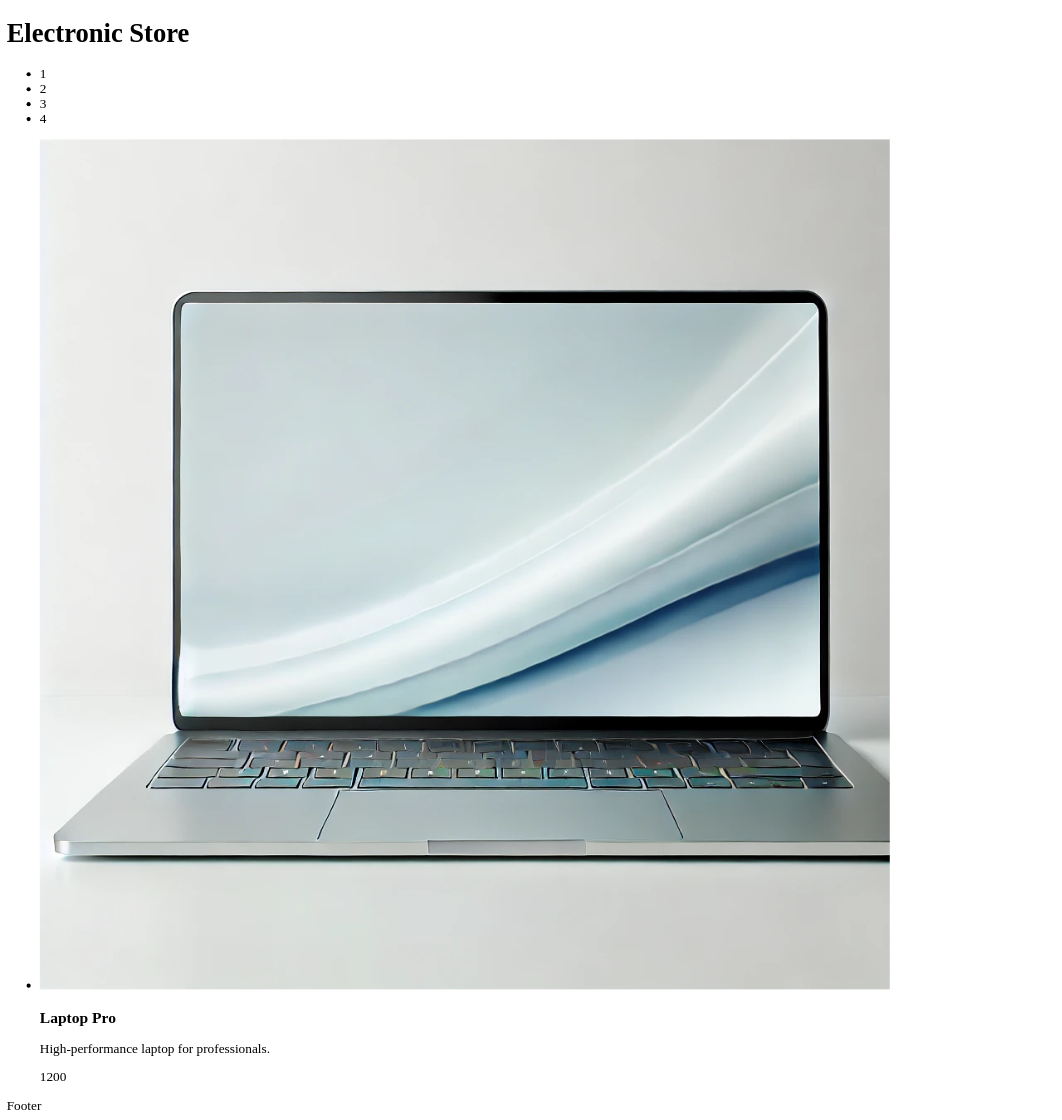
Repository: Lithium87/e-Strore
Page: /
An editor plug-in stored every save of this project. The page is shown before and after the next save, followed by the edit.
The browser window is 1280 px wide. The pictures show the whole page, at 83% of full size.
The project was rebuilt for these pictures with package versions that can differ from the ones it lists, and the page was loaded fresh each time. Also part of the build but not shown: vite.config.js.

Above is the page before, as saved 2025-07-05 15:19:55.

### src/main.jsx
import {StrictMode} from 'react';
import {createRoot} from 'react-dom/client';
import App from './App.jsx';

createRoot (document.getElementById ('root')).render (
  <StrictMode>
    <App />
  </StrictMode>
);

### src/App.jsx
import React from 'react';

const productData = [
  {
    name: 'Laptop Pro',
    description: 'High-performance laptop for professionals.',
    price: 1200,
    photoName: '/laptop.png',
    soldOut: false,
  },
  {
    name: 'Smartphone X',
    description: 'Latest model with stunning display.',
    price: 800,
    photoName: '/smartphone.png',
    soldOut: false,
  },
  {
    name: 'Wireless Headphones',
    description: 'Noise-cancelling headphones with great sound quality.',
    price: 200,
    photoName: '/headphones.png',
    soldOut: false,
  },
  {
    name: 'Smartwatch Z',
    description: 'Stylish smartwatch with fitness tracking features.',
    price: 150,
    photoName: '/smartwatch.png',
    soldOut: false,
  },
  {
    name: 'Gaming Console',
    description: 'Powerful gaming console for endless fun.',
    price: 400,
    photoName: '/console.png',
    soldOut: true,
  },
  {
    name: '4K TV',
    description: 'Ultra HD television with vibrant colors.',
    price: 1000,
    photoName: '/tv.png',
    soldOut: false,
  },
];

const App = () => {
  return (
    <div>
      <Header />
      <Catalog />
      <Footer />
    </div>
  );
};

const Header = () => {
  return (
    <header>
      <h1>Electronic Store</h1>
      <nav>
        <ul>
          <li>1</li>
          <li>2</li>
          <li>3</li>
          <li>4</li>
        </ul>
      </nav>
    </header>
  );
};

const Catalog = () => {
  return (
    <main>
      <ul>
        <Product />
      </ul>
    </main>
  );
};

const Product = () => {
  return (
    <li>
      <img src={productData[0].photoName} alt={productData[0].name} />
      <div>
        <h3>{productData[0].name}</h3>
        <p>{productData[0].description}</p>
        <span>{productData[0].price}</span>
      </div>
    </li>
  );
};

const Footer = () => {
  return <footer>Footer</footer>;
};

export default App;

Loaded but not shown: index.html (common file)

After the next save:
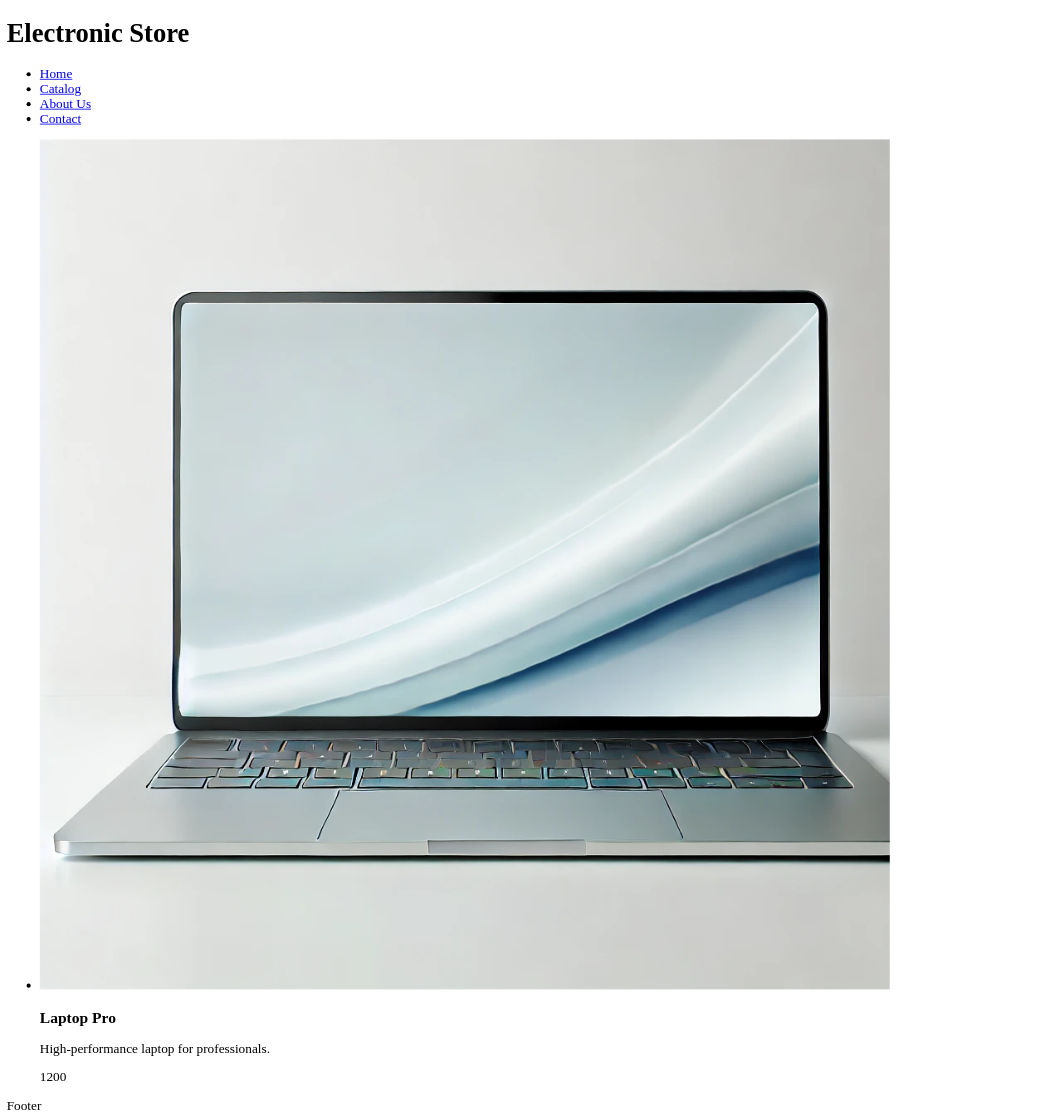
Saved 108 s later.
--- a/src/App.jsx
+++ b/src/App.jsx
@@ -61,10 +61,18 @@ const Header = () => {
       <h1>Electronic Store</h1>
       <nav>
         <ul>
-          <li>1</li>
-          <li>2</li>
-          <li>3</li>
-          <li>4</li>
+          <li>
+            <a href="/">Home</a>
+          </li>
+          <li>
+            <a href="/catalog">Catalog</a>
+          </li>
+          <li>
+            <a href="/about">About Us</a>
+          </li>
+          <li>
+            <a href="/contact">Contact</a>
+          </li>
         </ul>
       </nav>
     </header>
